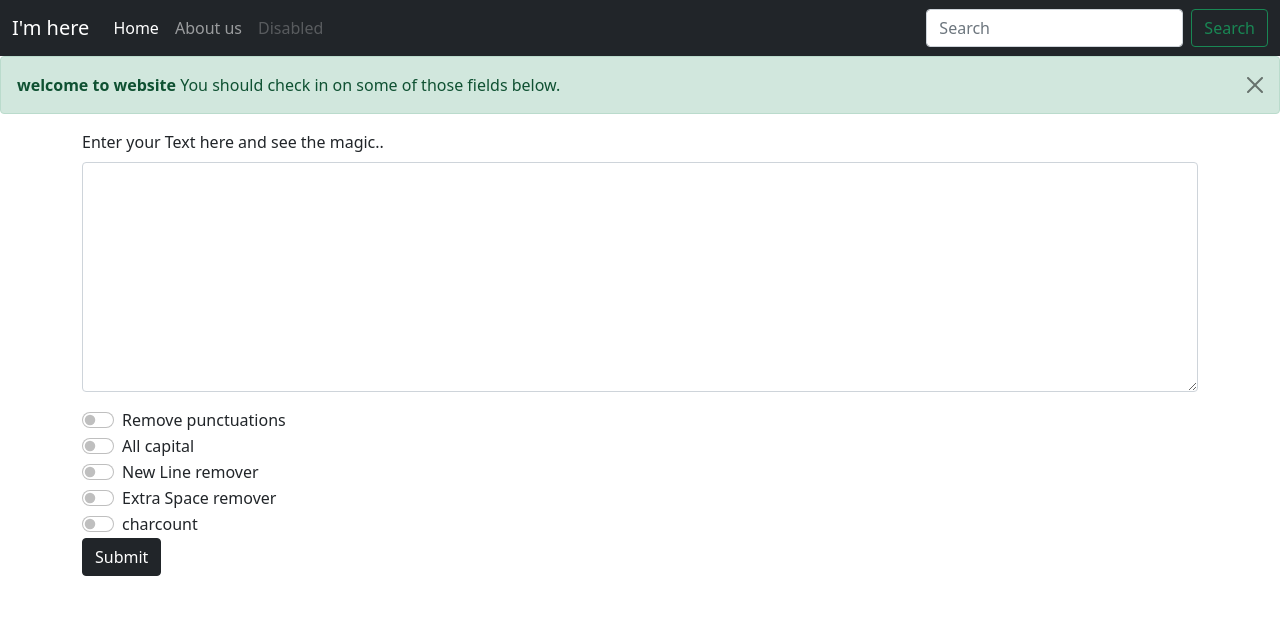
Repository: ritikalohia/Django-beginners-
Page: textutiles/templates/index.html
An editor plug-in stored every save of this project. The page is shown before and after the next save, followed by the edit.
The browser window is 1280 px wide. The pictures show the whole page.

Above is the page before, as saved 2021-05-22 20:15:01.

After the next save:
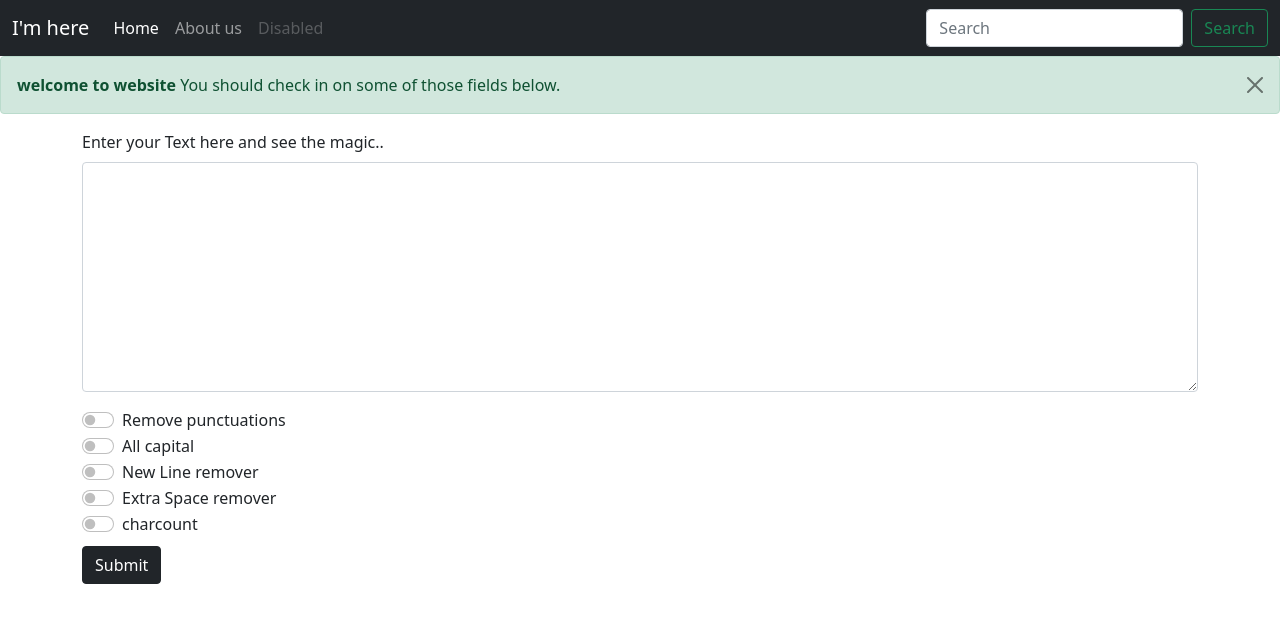
Saved 3 min 21 s later.
--- a/textutiles/templates/index.html
+++ b/textutiles/templates/index.html
@@ -70,7 +70,7 @@
             <label class="form-check-label" for="customSwitch5">charcount</label>
         </div>
 
-        <button type="submit" class="btn btn-dark">Submit</button>
+        <button type="submit" class="btn btn-dark mt-2">Submit</button>
     </div>
 
     <!-- Optional JavaScript; choose one of the two! -->
